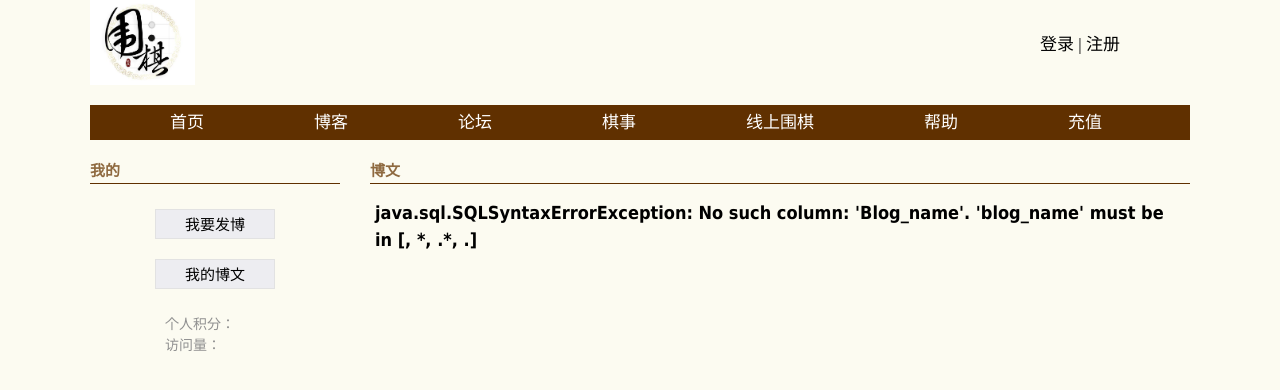
Repository: yxh0/Go
Page: http://localhost/keshe/keshe/blog.jsp
An editor plug-in stored every save of this project. The page is shown before and after the next save, followed by the edit.
The browser window is 1280 px wide. The pictures show the whole page.
The page is served by Tomcat 9. Queries for data that is not in the repository find no rows.

Above is the page before, as saved 2020-06-10 15:11:45.

After the next save:
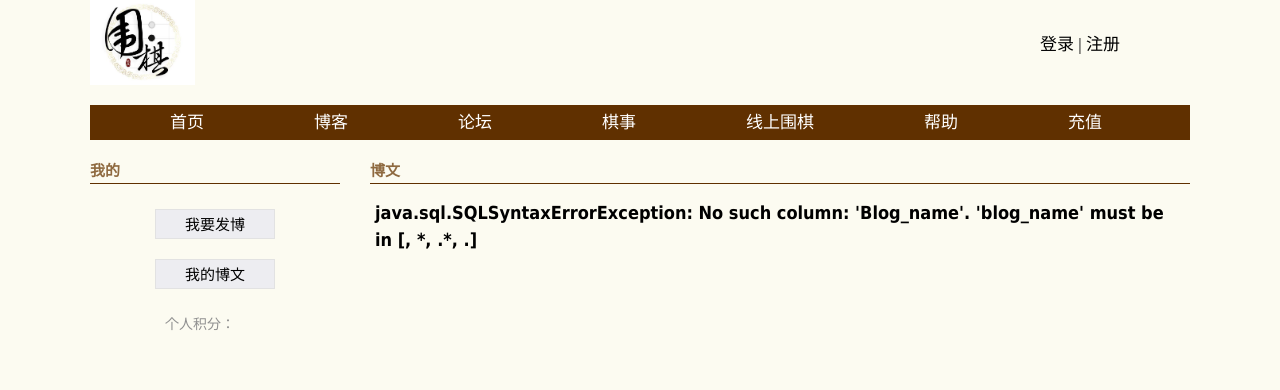
Saved 85 s later.
--- a/SoftwareProjectGo/keshe/WebContent/keshe/blog.jsp
+++ b/SoftwareProjectGo/keshe/WebContent/keshe/blog.jsp
@@ -45,7 +45,6 @@
 			<button>我的博文</button><br>
 			<div class="info">
 				<p>个人积分：</p>
-				<p>访问量：</p>
 			</div>
 		</div>
 		<div class="blogg">
